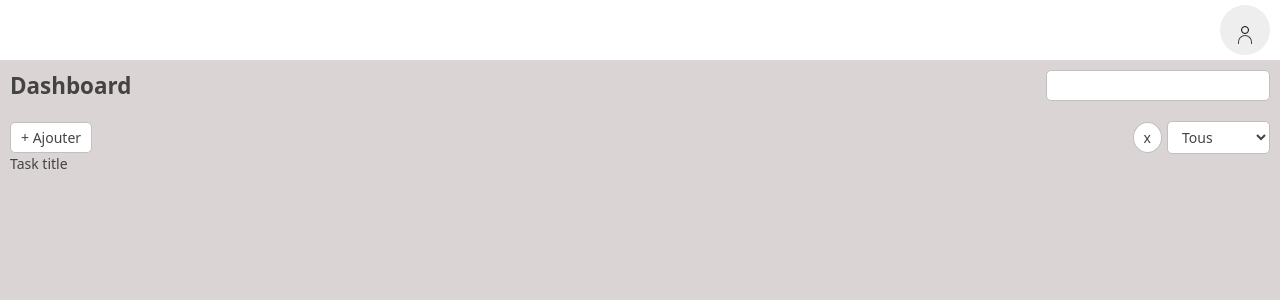
Repository: zpaulange/task_manager
Page: dashboard/index.html
The author's editor kept a copy of each file at every save. The page is drawn from the files as they stood at one save, then again after the next save.
The browser window is 1280 px wide. The pictures show the whole page.

Above is the page before, as saved 2025-03-06 15:14:45.

### dashboard/index.html
<!DOCTYPE html>
<html lang="en">
<head>
    <meta charset="UTF-8">
    <meta name="viewport" content="width=device-width, initial-scale=1.0">
    <link rel="stylesheet" href="../assets/styles/dashboard/style.css">
    <title>Document</title>
</head>
<body>
  <section class="dashboard">
    <div class="dashboard_right">
      <nav class="dashbaord_nav">
        <a href="#" class="dashbaord_nav_avatar">
          <span></span>
        </a>
      </nav>
      <main class="main">
        <div class="main_header">
          <h1 class="main_header_title">Dashboard</h1>
          <input type="search" name="search" class=" main_header_search">
        </div>
        <div class="main_header_actions">
          <div class="main_header_actions_left">
            <button class="main_header_actions_btn">+ Ajouter</button>
          </div>
          <div class="main_header_actions_right">
            <button class="main_header_actions_right_btnDel rounded-btn del">x</button>
            <select name="filter" class="main_header_actions_right_filter" id="">
              <option value="0">Tous</option>
              <option value="1">En cours</option>
              <option value="2">Annulés</option>
              <option value="3">Terminés</option>
            </select>
          </div>
        </div>
        <section class="main-task">
          <div class="main-task__content">
            <div class="main-task__content-item">
              <div class="main-task__content-item__title">
                Task title
              </div>
              <div class="main-task__content-item__desc"></div>
            </div>
            <!-- <section class="box box-center">
              <h1>Aucune tache disponible...</h1>
            </section> -->
          </div>

        </section>
      </main>
    </div>
  </section>

</body>
</html>

### assets/styles/dashboard/style.css
*{
  margin:0;
  padding:0;
  box-sizing: border-box;
  position:relative;
  font-family: system-ui, sans-serif;
  font-size: 14px;
  color:#434343;
}
body{
  overflow-x: hidden;
}
a{
  text-decoration: none;
}
a:active, a:hover{
  color:#434343;
}
img{
  width: 100%;
  height: auto;
}
ul li{
  list-style: none;
}
input[type="search"],
input[type="text"],
input[type="date"]{
  padding:5px 10px;
  border-radius:5px;
  border:1px solid silver
}
input:focus, select:focus{
  outline: none;
}

.dashboard{
  min-height: 100vh;
  background-color: #dbd4d4;
}

.dashboard_right{
  min-height: 100vh;
}
.dashbaord_nav{
  background-color: #fff;
  padding:5px 10px;
  display: flex;
  align-items:center;
  justify-content: flex-end;
  z-index: 1000;
  position: sticky;
  top:0;
  left:0;
}
.dashbaord_nav_avatar{
  display: flex;
  align-items: center;
  justify-content: center;
  height:50px;
  width: 50px;
  border-radius:50%;
  background-color: #eee;

}
.dashbaord_nav_avatar span{
  display: inline-block;
  height: 8px;
  width: 8px;
  border-radius:50%;
  border:1px solid #000
}
.dashbaord_nav_avatar span:before{
  content:'';
  position: absolute;
  height: 8px;
  width: 12px;
  border:1px solid;
  left:50%;
  transform: translateX(-50%);
  top:8px;
  border-bottom: none;
  border-top-left-radius: 10px;
  border-top-right-radius: 10px;
}

.main{
  padding:10px;
}
.main_header_title{
  font-size: 1.6rem;
}
.box{
  min-height: calc(100vh - 180px);
  background-color: #fff;
  border-radius:5px;
  padding:10px;
  margin-top:20px
}
.box.box-center{
  display: flex;
  align-items:center;
  justify-content: center;
}

.main_header{
  display: flex;
  justify-content: space-between;
  align-items:center;
  margin-bottom:20px;
}
.main_header_actions{
  display: flex;
  justify-content: space-between;
  align-items:center;
}
.main_header_actions_btn{
  padding:5px 10px;
  border-radius:5px;
  border:1px solid silver;
  background-color: #fff;
  cursor: pointer;
  transition: .2s;
}
.main_header_actions_btn:hover{
  background-color:blue;
  color:#fff;
}
.main_header_actions_right{
  display: flex;
  align-items:center;
  gap:5px;
}
.rounded-btn{
  padding:5px 10px;
  border-radius:50%;
  border:1px solid silver;
  background-color: #fff;
  cursor: pointer;
  transition: .2s;
  cursor:pointer;
}
.rounded-btn.del:hover{
  background-color:red;
  color:#fff;
}
.main_header_actions_right_filter{
  padding:5px 10px;
  border-radius:5px;
  border:1px solid silver;
  background-color: #fff;
}

After the next save:
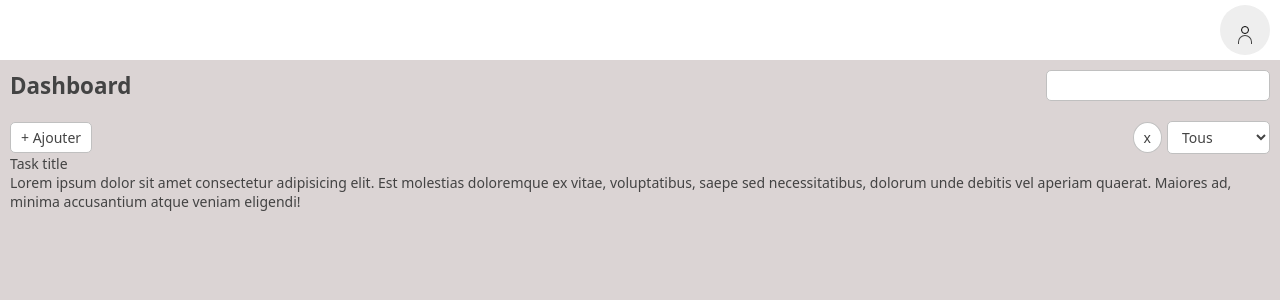
Saved 47 s later.
--- a/dashboard/index.html
+++ b/dashboard/index.html
@@ -39,7 +39,9 @@
               <div class="main-task__content-item__title">
                 Task title
               </div>
-              <div class="main-task__content-item__desc"></div>
+              <div class="main-task__content-item__desc">
+                Lorem ipsum dolor sit amet consectetur adipisicing elit. Est molestias doloremque ex vitae, voluptatibus, saepe sed necessitatibus, dolorum unde debitis vel aperiam quaerat. Maiores ad, minima accusantium atque veniam eligendi!
+              </div>
             </div>
             <!-- <section class="box box-center">
               <h1>Aucune tache disponible...</h1>
